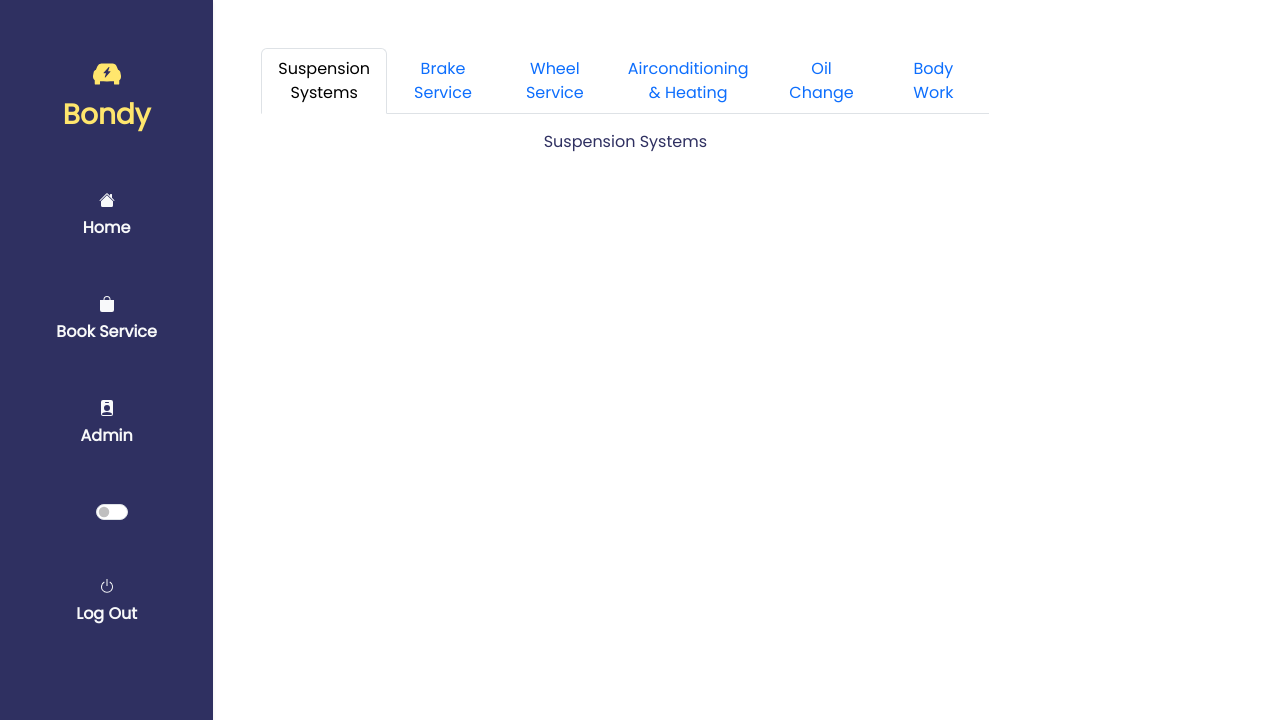
Repository: duzzisantos/bondy
Page: /book-service
An editor plug-in stored every save of this project. The page is shown before and after the next save, followed by the edit.
The browser window is 1280 px wide. The pictures show the whole page.
Some web libraries are served in a nearby version. The project was rebuilt for these pictures with package versions that can differ from the ones it lists, and the page was loaded fresh each time. Also part of the build but not shown: src/components/Home/LandingPage.scss, src/components/Home/LandingPageScrollContainer.tsx, src/components/Home/TrendingServices.tsx, src/views/LandingPage.tsx, src/components/Services/ServiceTemplate.tsx, src/views/Services.tsx.

Above is the page before, as saved 2023-06-25 15:25:29.

After the next save:
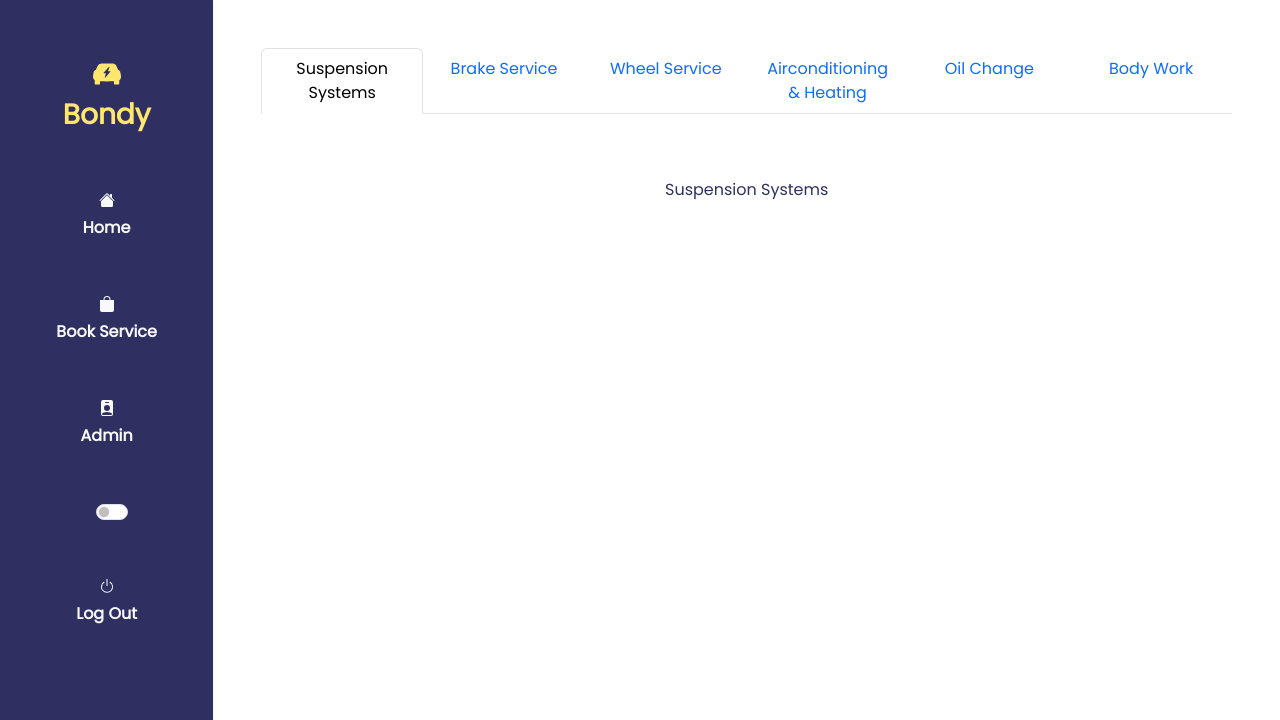
Saved 18 s later.
--- a/src/views/BookService.tsx
+++ b/src/views/BookService.tsx
@@ -4,19 +4,17 @@ import { mockServiceData } from "src/data/mockData";
 const BookService: FunctionComponent = () => {
   return (
     <div className="col-10 px-5 pt-5 py-5 ms-auto vh-100 vstack gap-5 d-flex flex-column custom-color">
-      <div className="col-9">
-        <Tabs justify className="mb-3">
-          {mockServiceData.map((element, index) => (
-            <Tab
-              key={index}
-              eventKey={`${element.category.toLowerCase()}`}
-              title={element.category}
-            >
-              {element.category}
-            </Tab>
-          ))}
-        </Tabs>
-      </div>
+      <Tabs justify className="mb-3">
+        {mockServiceData.map((element, index) => (
+          <Tab
+            key={index}
+            eventKey={`${element.category.toLowerCase()}`}
+            title={element.category}
+          >
+            {element.category}
+          </Tab>
+        ))}
+      </Tabs>
     </div>
   );
 };
